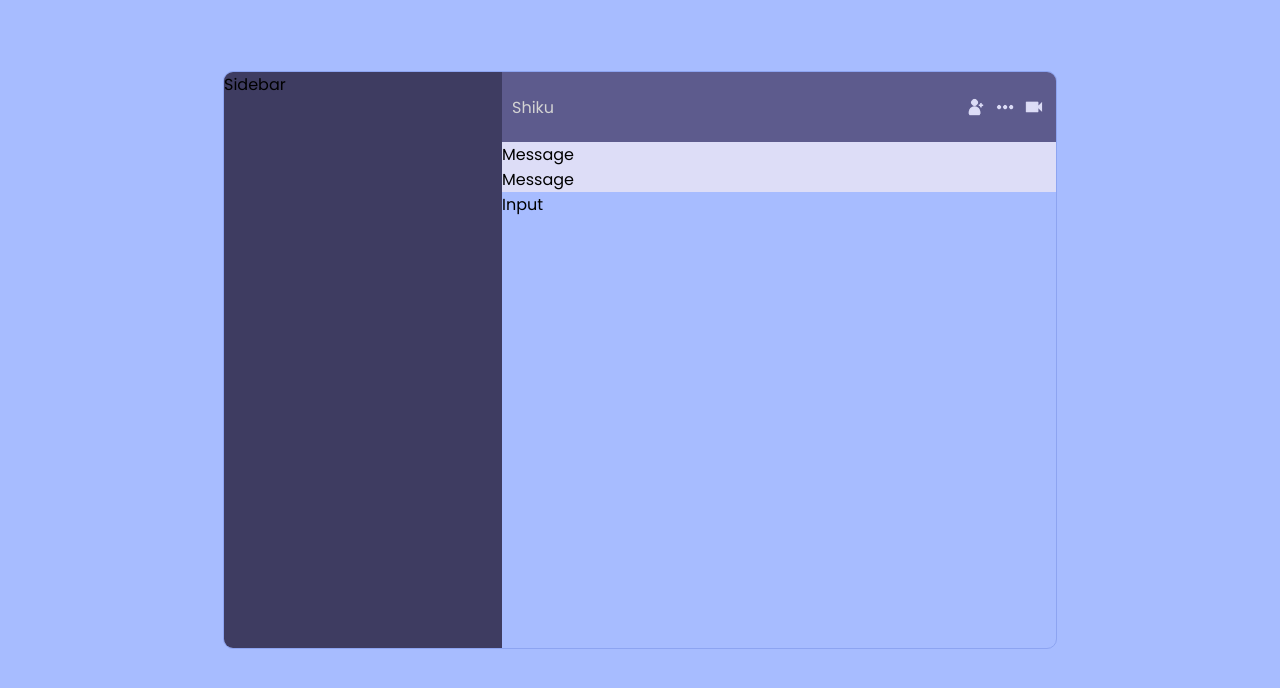
Repository: shikubro90/chatapp
Page: /
An editor plug-in stored every save of this project. The page is shown before and after the next save, followed by the edit.
The browser window is 1280 px wide. The pictures show the whole page.
The project was rebuilt for these pictures with package versions that can differ from the ones it lists, and the page was loaded fresh each time. Also part of the build but not shown: src/pages/Login.jsx, src/pages/Register.jsx.

Above is the page before, as saved 2022-09-14 15:27:11.

After the next save:
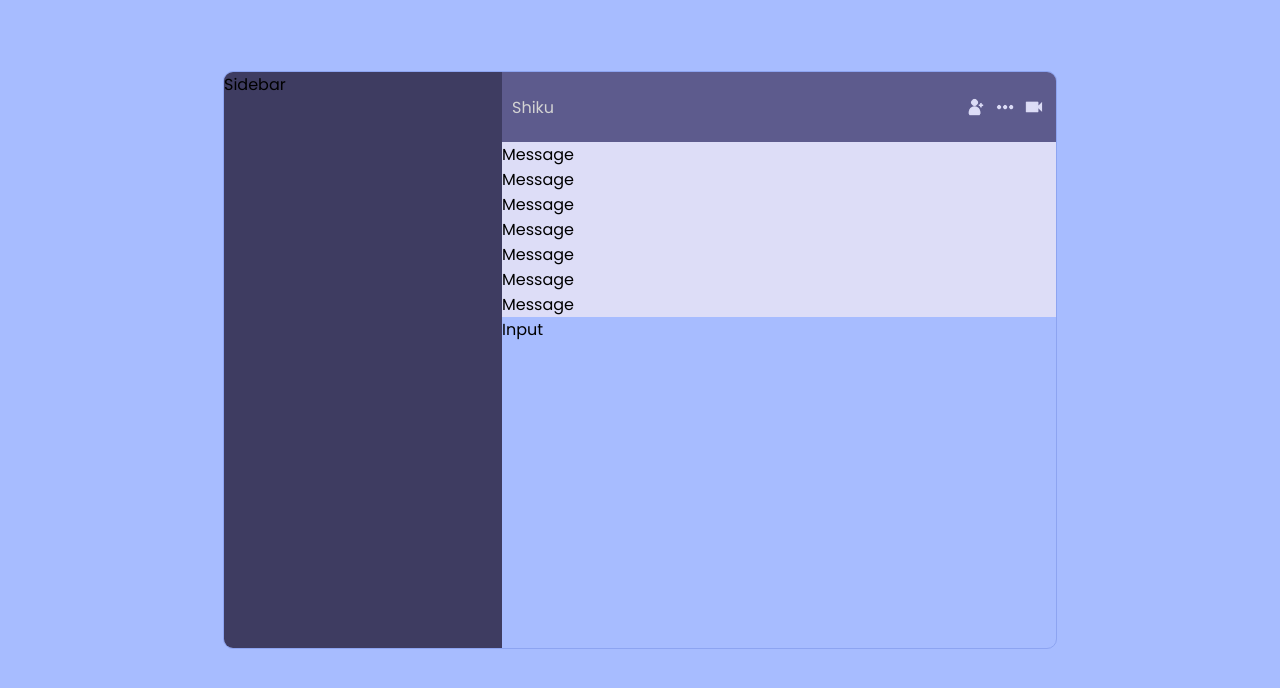
Saved 19 s later.
--- a/src/Components/Messages.jsx
+++ b/src/Components/Messages.jsx
@@ -6,6 +6,11 @@ const Messages = () => {
     <div className='messages'>
       <Message/>
       <Message/>
+      <Message/>
+      <Message/>
+      <Message/>
+      <Message/>
+      <Message/>
     </div>
   )
 }
